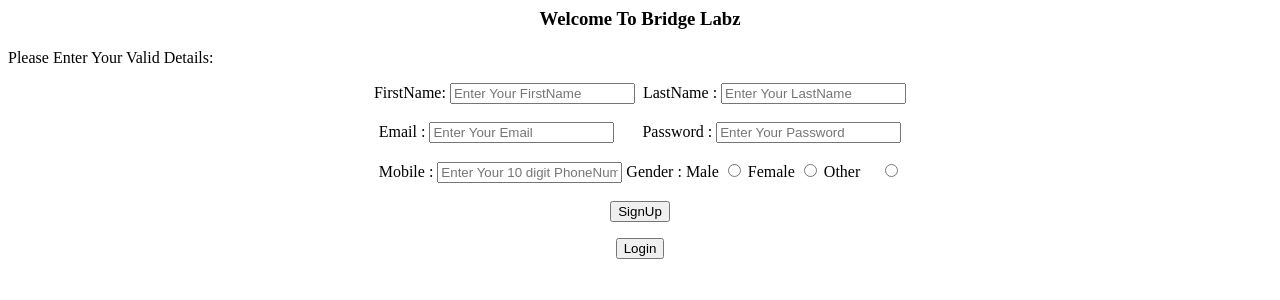
Repository: msibgathulla9980/Servlet
Page: LoginRegistrationApp/WebContent/Registration.html
An editor plug-in stored every save of this project. The page is shown before and after the next save, followed by the edit.
The browser window is 1280 px wide. The pictures show the whole page.

Above is the page before, as saved 2019-01-23 05:20:39.

After the next save:
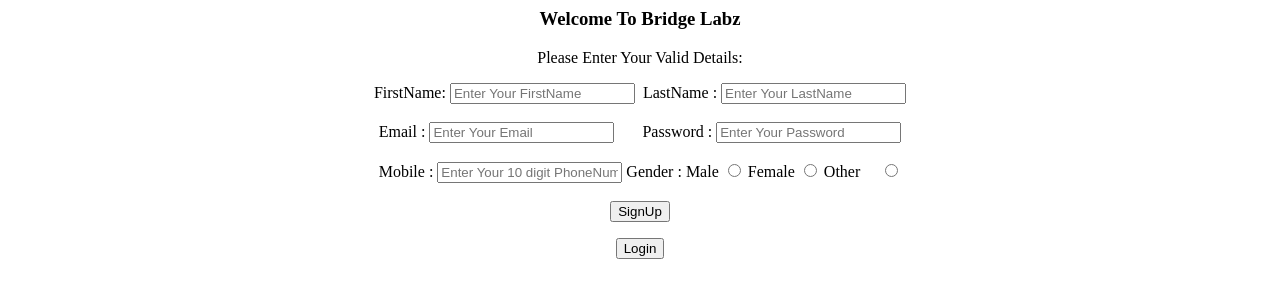
Saved 33 s later.
--- a/LoginRegistrationApp/WebContent/Registration.html
+++ b/LoginRegistrationApp/WebContent/Registration.html
@@ -3,7 +3,7 @@
 <h3><b><center>Welcome To Bridge Labz</center></b></h3>
 </head>
 <title>LoginPage</title>
-<p>Please Enter Your Valid Details: </p>
+<center><p>Please Enter Your Valid Details: </p></center>
 <body>
 <center>
 <form action="Register" method="post">
